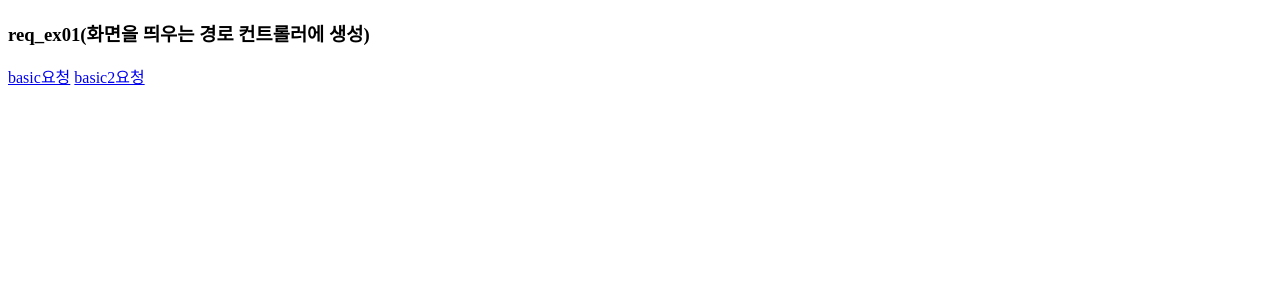
Repository: groovyplanet/spring_basic
Page: http://localhost/SpringBasic/request/req_ex01
An editor plug-in stored every save of this project. The page is shown before and after the next save, followed by the edit.
The browser window is 1280 px wide. The pictures show the whole page.
The page is served by Tomcat 9.

Above is the page before, as saved 2024-08-02 01:34:28.

After the next save:
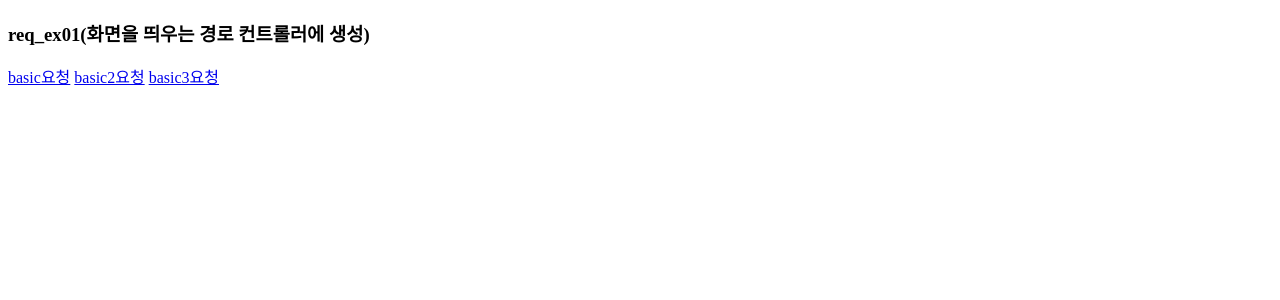
Saved 2 min 10 s later.
--- a/SpringBasic/src/main/webapp/WEB-INF/views/request/req_ex01.jsp
+++ b/SpringBasic/src/main/webapp/WEB-INF/views/request/req_ex01.jsp
@@ -13,7 +13,7 @@
 
 	<a href="basic">basic요청</a>
 	<a href="basic2">basic2요청</a>
-
+	<a href ="basic3">basic3요청</a>
 
 </body>
 </html>
